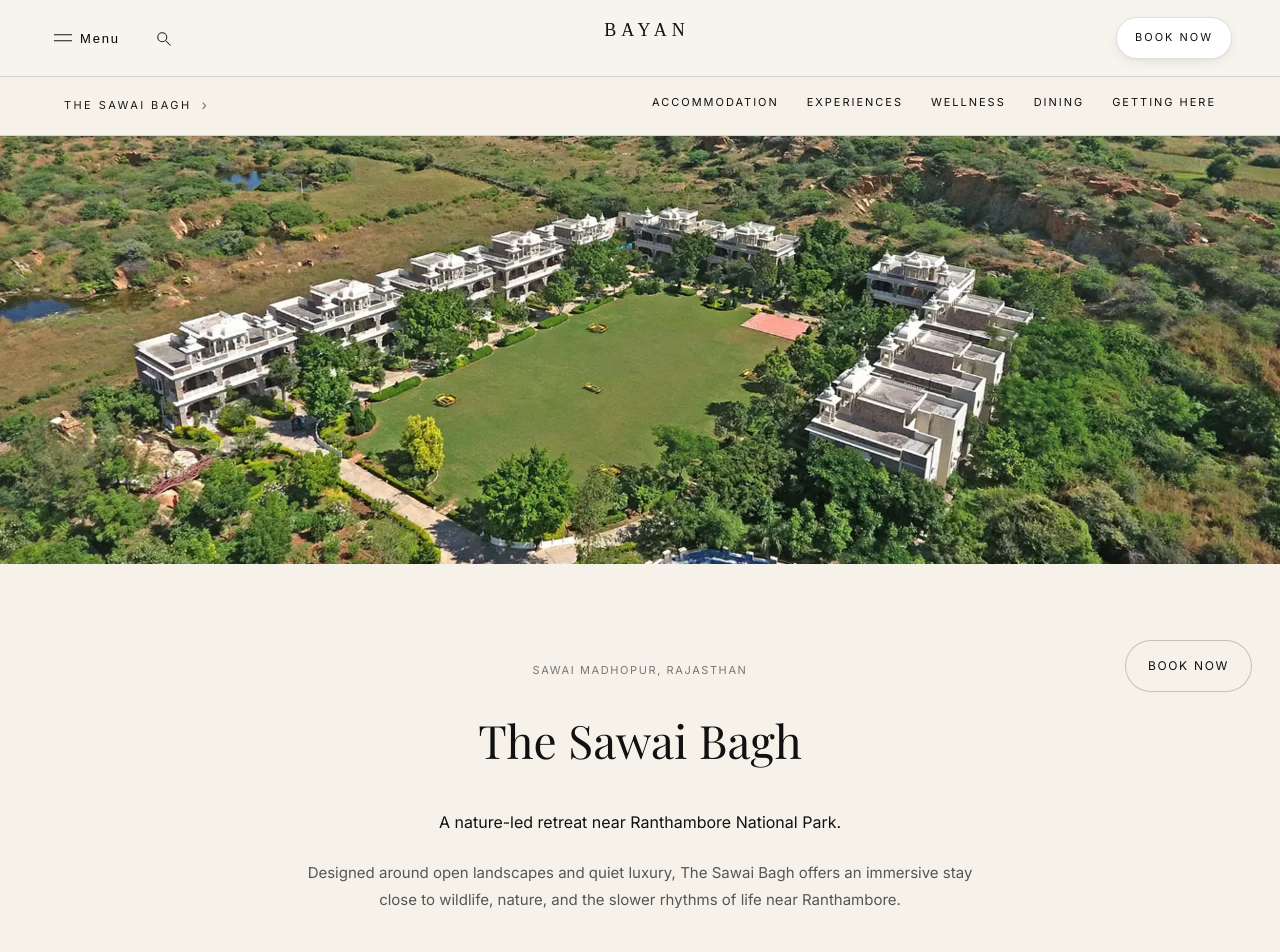
Repository: Arpitpawa/bayan-website
Page: properties/sawai-bagh.html
The author's editor kept a copy of each file at every save. The page is drawn from the files as they stood at one save, then again after a run of saves.
The browser window is 1280 px wide. The pictures show the part of the page from y = 0 to 952 px (the page is 5758 px tall).

Above is the page before, as saved 2026-02-03 15:58:39.
Console error: SyntaxError: Identifier 'track' has already been declared

After the next 3 saves:
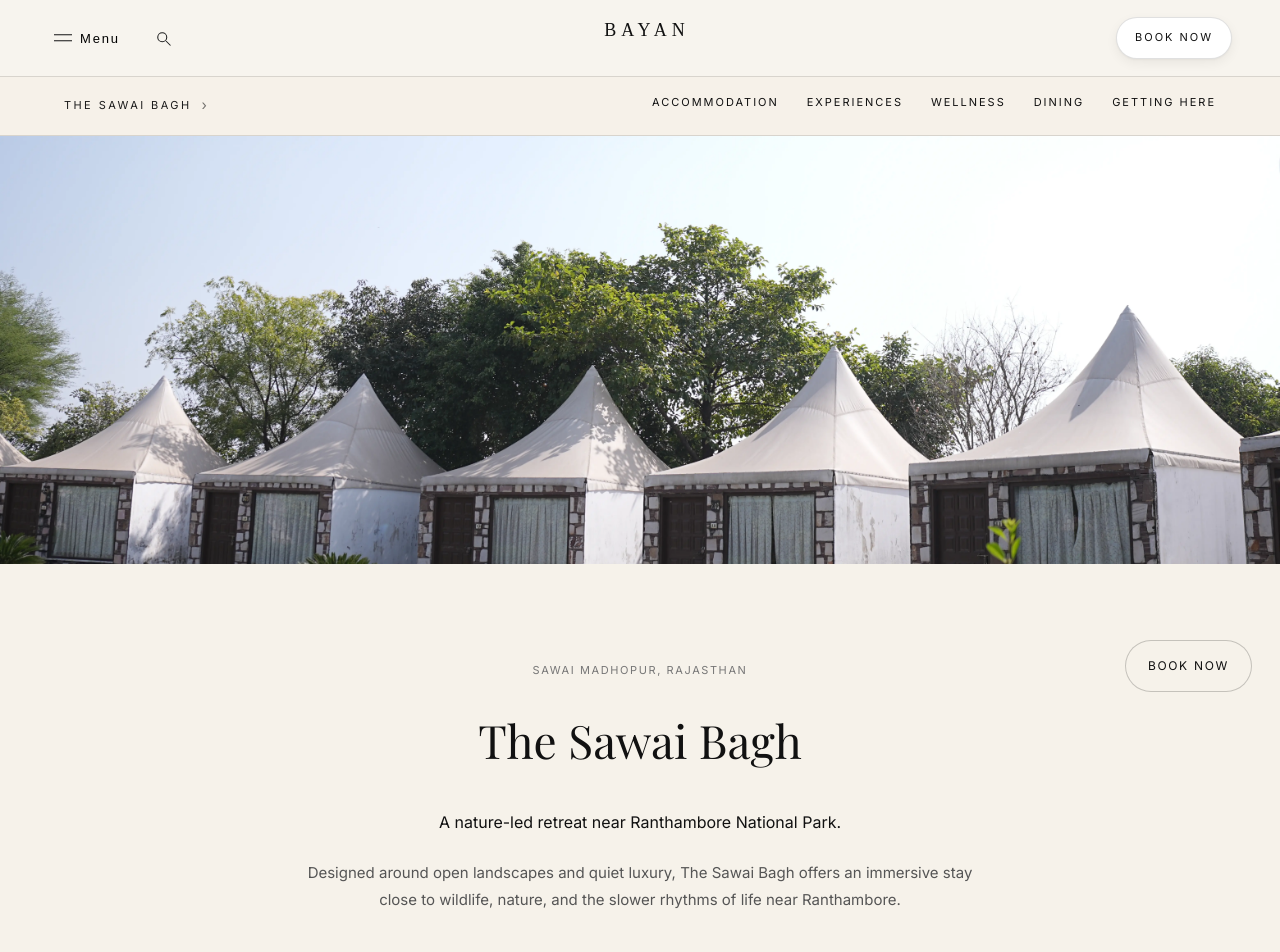
The 3 saves are shown as one change because they came seconds apart.
The last was saved 3 min 55 s later.
--- a/properties/sawai-bagh.html
+++ b/properties/sawai-bagh.html
@@ -113,7 +113,7 @@
 
   <!-- HERO -->
   <section class="hotel-hero">
-    <img src="../assets/images/sawai-bagh/hero.webp" alt="The Sawai Bagh Ranthambore">
+    <img src="../assets/images/sawai-bagh.webp" alt="The Sawai Bagh Ranthambore">
   </section>
 
   <!-- INTRO -->
